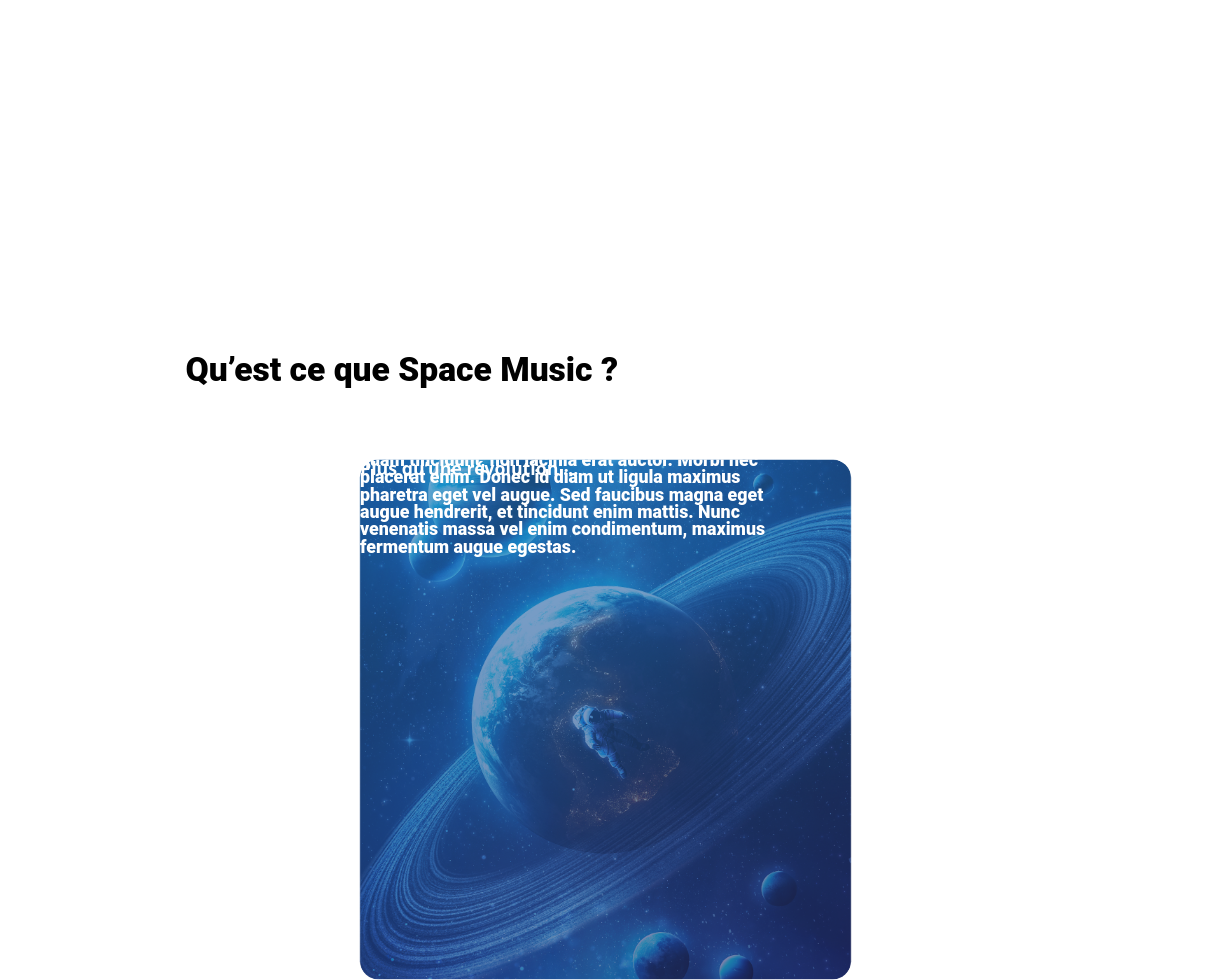
Repository: karalyh/landing-experts
Page: /
These files come from the project's save history. The page is drawn as it stood at one moment and after the next save; the edit follows.
The browser window is 1280 px wide. The page is 1729 px wide, so the pictures cover 1729 px, including what lies to the right of the window. The pictures show the part of the page from y = 1628 to 3028 px (the page is 3028 px tall), at 70% of full size.
The project was rebuilt for these pictures with package versions that can differ from the ones it lists, and the page was loaded fresh each time. The framework's server and built-in components were replaced by stand-ins that run in the browser. Also part of the build but not shown: next.config.js, public/css/circles-animations.css, public/css/devices-view.css.

Above is the page before, as saved 2022-09-23 11:07:48.

### pages/_app.tsx
import '../styles/globals.css'
import '../public/css/circles-animations.css'
import '../public/css/devices-view.css'
import  '@material-tailwind/react';
import type { AppProps } from 'next/app'
import LandingLayout from '../components/LandingLayout'

function MyApp({ Component, pageProps }: AppProps): JSX.Element {
  return (
    <LandingLayout>
      <Component {...pageProps} />
    </LandingLayout>
  )
}

export default MyApp

### pages/index.tsx
import type { NextPage } from 'next'

import NavBar from '../components/Navbar'
import Header from '../components/Header'
import Section1 from '../components/Section1'
import Section2 from '../components/Section2'
import Section3 from '../components/Section3'
import Section4 from '../components/Section4'
import Section5 from '../components/Section5'
import Section6 from '../components/Section6'


const Home: NextPage = () => {
  return (
    <div >
      {/* <NavBar />
      <Header />
      <Section1 /> */}
      <Section2 />
        {/* <Section3 />
        <Section4 />
        <Section5 />
        <Section6 /> */}




    </div>
  )
}

export default Home

### styles/globals.css
@tailwind base;
@tailwind components;
@tailwind utilities;


details ::marker {
    unicode-bidi: isolate;
    font-variant-numeric: tabular-nums;
    text-transform: none;

}


           p[open] span::after{
                content: "-";
            }

            p[open] span ~ * {
                animation: slideDown 0.3s ease-in-out;
            }

            p[open] span p {
                opacity: 0;
                animation-name: showContent;
                animation-duration: 0.6s;
                animation-delay: 0.2s;
                animation-fill-mode: forwards;
                margin: 0;
            }

            @keyframes showContent {
                from {
                opacity: 0;
                height: 0;
                }
                to {
                opacity: 1;

                }
            }
            @keyframes slideDown {
                from {
                opacity: 0;
                height: 0;
                padding: 0;
                }

                to {
                opacity: 1;

                }
            }


/*--Header SPM CSS--*/
:root{
  --spm-cl: #3c3c3c;
  --duration_anim: 10s;
}

@font-face{
  font-family:"Roboto Bk";
  font-weight:400;
  font-style:normal;
  font-display:swap;
  src:url(../public/fonts/Roboto-Black.ttf);
}

body{
  font-size: 16px;
}

.main{
  overflow: hidden;
  min-height: initial;
}

.content_head {
  width: 100%;
  max-width: 1200px;
  height: auto;
  margin: auto;
  display: flex;
  flex-direction: row;
  justify-content: space-between;
  align-items: center;
  padding: 0.5em;
  color: var(--spm-cl);
  font-family: "Roboto";
}

.content_head > .container_logos {
  display: grid;
  grid-template-columns: repeat(1, 1fr);
}

.content_head > .container_logos > .logo{
  width: 84px;
  height: 60px;
  animation-fill-mode: both !important;
  animation-duration: var(--duration_anim) !important;
  animation-iteration-count: infinite !important;
  animation-fill-mode: both !important;
  grid-column: 1;
  grid-row: 1;
}

.content_head > .container_logos > .logo:nth-child(1){
  animation: change_logo_color_1;
}

.content_head > .container_logos > .logo:nth-child(2){
  animation: change_logo_color_2;
}

.content_head > .container_logos > .logo:nth-child(3){
  animation: change_logo_color_3;
}

.content_head > .container_logos > .logo:nth-child(4){
  animation: change_logo_color_4;
}

.content_sign_lng{
  width: auto;
  display: flex;
  flex-direction: row;
  justify-content: center;
  align-items: center;
  grid-gap: 2em;
}

.contain_lng{
  width: auto;
}

.contain_sign{
  width: auto;
  display: flex;
  flex-direction: row;
  justify-content: center;
  align-items: center;
  grid-gap: 1em;
}

.contain_sign a, .contain_sign button {
  width: auto;
  color: var(--spm-cl);
}

.separate{
  width: 2px;
  height: 20px;
  background: var(--spm-cl);
}

.content_pattern_texts{
  max-width: 1500px;
  width: 90%;
  margin: auto;
  display: grid;
  grid-template-columns: repeat(12, 1fr);
  border: 5px solid #EEF3F5;
  border-radius: 15px;
  overflow: hidden;
  font-family: 'Roboto Bk';
}

.contain_pattern{
  grid-column: 1 / 13;
  grid-row: 1;
  width: 65%;
  position: relative;
  z-index: 1;
}

.contain_pattern > img{
  width: 100%;
}

.contain_texts{
  grid-column: 2 / 12;
  grid-row: 1;
  display: flex;
  flex-direction: column;
  justify-content: center;
  align-items: flex-end;
  position: relative;
  z-index: 2;
  width: 100%;
}

.slogans{
  display: grid;
  grid-template-columns: repeat(1, 1fr);
  justify-content: flex-end;
  align-items: center;
  margin-top: -10%;
}

.big_slogan{
  color: var(--spm-cl);
  font-size: 1150%;
  width: auto;
  grid-column: 1;
  grid-row: 1;
  text-align: right;
  animation-duration: var(--duration_anim) !important;
  animation-iteration-count: infinite !important;
  animation-timing-function: ease !important;
  animation-fill-mode: both !important;
}

.big_slogan:nth-child(1){
  animation: move_slogan_1;
}

.big_slogan:nth-child(2){
  animation: move_slogan_2;
}

.big_slogan:nth-child(3){
  animation: move_slogan_3;
}

.big_slogan:nth-child(4){
  animation: move_slogan_4;
}

.little_slogan{
  color: var(--spm-cl);
  font-size: 100%;
  width: auto;
  margin-top: 5px;
  grid-column: 1;
  grid-row: 2;
  text-align: right;
  font-weight: 900;
}

.btn_signup, .btn_btm_arrow{
  width: auto;
  cursor: pointer;
}

.btn_signup{
  padding: 0;
  border-radius: 7px;
  color: #fff;
  margin-top: 5%;
  display: grid;
  grid-template-columns: repeat(1, 1fr);
  overflow: hidden;
}

.btn_signup > em{
  padding: 0.7em 2em;
  width: 100%;
  height: 100%;
  grid-column: 1;
  grid-row: 1;
  position: relative;
  z-index: 2;
  font-style: normal;
  font-family: 'Roboto Bk';
}

.btn_signup > .bg{
  width: 100%;
  height: 100%;
  grid-column: 1;
  grid-row: 1;
  position: relative;
  z-index: 1;
  animation-duration: var(--duration_anim) !important;
  animation-iteration-count: infinite !important;
  animation-timing-function: ease !important;
  animation-fill-mode: both;
}

.btn_signup > .bg_1{
  animation: change_logo_color_1;
  background: linear-gradient(92.36deg, #7EC290 4.68%, #039EAA 100.05%);
}

.btn_signup > .bg_2{
  animation: change_logo_color_2;
  background: linear-gradient(92.2deg, #E3077E 4.89%, #A12281 98.84%);
}

.btn_signup > .bg_3{
  animation: change_logo_color_3;
  background: linear-gradient(92.66deg, #F48F1F 5.41%, #E52125 100.51%);
}

.btn_signup > .bg_4{
  animation: change_logo_color_4;
  background: linear-gradient(93.11deg, #5E77BA 0.06%, #2B2E70 98.3%);
}

.btn_btm_arrow {
  margin-top: 10em;
  margin-right: 3em;
  color: var(--spm-cl);
  margin-bottom: -15em;
}

@keyframes change_logo_color_1 {
  0%{
    opacity: 1;
  }
  25%{
    opacity: 0;
  }
  50%{
    opacity: 0;
  }
  75%{
    opacity: 0;
  }
  100%{
    opacity: 1;
  }
}

@keyframes change_logo_color_2 {
  0%{
    opacity: 0;
  }
  25%{
    opacity: 1;
  }
  50%{
    opacity: 0;
  }
  75%{
    opacity: 0;
  }
  100%{
    opacity: 0;
  }
}

@keyframes change_logo_color_3 {
  0%{
    opacity: 0;
  }
  25%{
    opacity: 0;
  }
  50%{
    opacity: 1;
  }
  75%{
    opacity: 0;
  }
  100%{
    opacity: 0;
  }
}

@keyframes change_logo_color_4 {
  0%{
    opacity: 0;
  }
  25%{
    opacity: 0;
  }
  50%{
    opacity: 0;
  }
  75%{
    opacity: 1;
  }
  100%{
    opacity: 0;
  }
}

@keyframes move_slogan_1 {
  0%{
    transform: translateX(0vw);
    opacity: 1;
  }
  22.5%{
    transform: translateX(0vw);
    opacity: 1;
  }
  27.45555555%{
    transform: translateX(-100vw);
    opacity: 1;
  }
  27.5%{
    transform: translateX(100vw);
    opacity: 0;
  }
  47.5%{
    transform: translateX(100vw);
    opacity: 0;
  }
  52.5%{
    transform: translateX(100vw);
    opacity: 0;
  }
  72.5%{
    transform: translateX(100vw);
    opacity: 0;
  }
  77.5%{
    transform: translateX(100vw);
    opacity: 0;
  }
  95%{
    transform: translateX(100vw);
    opacity: 1;
  }
  100%{
    transform: translateX(0vw);
    opacity: 1;
  }
}

@keyframes move_slogan_2 {
  0%{
    transform: translateX(100vw);
    opacity: 0;
  }
  22.5%{
    transform: translateX(100vw);
    opacity: 1;
  }
  27.5%{
    transform: translateX(0vw);
    opacity: 1;
  }
  47.5%{
    transform: translateX(0vw);
    opacity: 1;
  }
  52.45555555%{
    transform: translateX(-100vw);
    opacity: 1;
  }
  52.5%{
    transform: translateX(100vw);
    opacity: 0;
  }
  72.5%{
    transform: translateX(100vw);
    opacity: 0;
  }
  77.5%{
    transform: translateX(100vw);
    opacity: 0;
  }
  95%{
    transform: translateX(100vw);
    opacity: 0;
  }
  100%{
    transform: translateX(100vw);
    opacity: 0;
  }
}

@keyframes move_slogan_3 {
  0%{
    transform: translateX(100vw);
    opacity: 0;
  }
  22.5%{
    transform: translateX(100vw);
    opacity: 0;
  }
  27.5%{
    transform: translateX(100vw);
    opacity: 0;
  }
  47.5%{
    transform: translateX(100vw);
    opacity: 1;
  }
  52.5%{
    transform: translateX(0vw);
    opacity: 1;
  }
  72.5%{
    transform: translateX(0vw);
    opacity: 1;
  }
  77.45555555%{
    transform: translateX(-100vw);
    opacity: 1;
  }
  77.5%{
    transform: translateX(100vw);
    opacity: 0;
  }
  95%{
    transform: translateX(100vw);
    opacity: 0;
  }
  100%{
    transform: translateX(100vw);
    opacity: 0;
  }
}

@keyframes move_slogan_4 {
  0%{
    transform: translateX(100vw);
    opacity: 0;
  }
  22.5%{
    transform: translateX(100vw);
    opacity: 0;
  }
  27.5%{
    transform: translateX(100vw);
    opacity: 0;
  }
  47.5%{
    transform: translateX(100vw);
    opacity: 0;
  }
  52.5%{
    transform: translateX(100vw);
    opacity: 0;
  }
  72.5%{
    transform: translateX(100vw);
    opacity: 1;
  }
  77.5%{
    transform: translateX(0vw);
    opacity: 1;
  }
  95%{
    transform: translateX(0vw);
    opacity: 1;
  }
  99.8999999999%{
    transform: translateX(-100vw);
    opacity: 1;
  }
  100%{
    transform: translateX(100vw);
    opacity: 0;
  }
}

@media (max-width: 768px) {
  .content_head{}

  .container_logos{}

  .content_sign_lng {
    margin-right: 1em;
    padding: 0.5em;
  }

  .content_pattern_texts {
    min-height: 85vh;
  }

  .contain_texts{}

  .big_slogan{
    font-size: 600%;
  }

  .contain_pattern {
    width: 100%;
  }

  .contain_pattern > img {
    height: 100%;
    object-fit: cover;
  }

  .btn_signup {
    margin-top: 40%;
  }

  .btn_btm_arrow {
    margin-top: 3em;
    margin-bottom: -10em;
  }
}
/*--Fin Header SPM CSS--*/

### components/LandingLayout.tsx
import Footer from "./Footer";
import Header from "./Header";
import Navbar from "./Navbar";
import  '@material-tailwind/react';
export default function  LandingLayout ({ children }: any){
    return (
        <div>
        <div className="flex flex-col">
           <Navbar />
            <Header />
            { children }
            <Footer />
        </div>
        </div>
    )
}

### components/Section2.tsx
import Image from 'next/image';


export default function Section2() {

    return (
        <>
            <section className='static'>
                <div className='absolute left-[265px] top-[2129px]'>
                <h1 className='font-roboto text-5xl font-black leading-[56.25px]'>Qu’est ce que Space Music ?</h1>

                </div>
                <div
                    className='
                    flex flex-row justify-center items-center p-[0px 15px] gap-5 absolute
                    w-[1728px] h-[742.7px] top-[2285px] left-px overflow-x-scroll border-black'
                >
                    {/* block du milieu */}
                    <div className="absolute w-[701.5px] h-[742.7px] left-[513.25px] top-0 bg-[url('/images/Rectangle-2.png')] rounded-[26.1767px]">
                        {/** on met le texte dans un bloc */}
                        <div className="w-[614.9px] h-[306.42px] top-[386.6px] left-[545.3px] gap-[31.76px]">
                            <h1 className="w-[614.9px] h-[25px] font-serif-[roboto] font-black text-[25.4118px] leading-[98.69%] items-center flex text-white">Plus qu’une révolution ...</h1>
                        <p className="
                        w-[614.9px] h-[25px] font-[roboto] font-black text-[25.4118px]
                        leading-[98.69%] items-center flex text-white self-stretch grow-0 order-1 flex-none
                        ">Praesent finibus velit dui, ac aliquet arcu ultrices id. Vivamus ac varius risus. Nullam
                            vestibulum mauris a quam tincidunt, non lacinia erat auctor. Morbi nec placerat enim. Donec
                            id diam ut ligula maximus pharetra eget vel augue. Sed faucibus magna eget augue hendrerit,
                            et tincidunt enim mattis. Nunc venenatis massa vel enim condimentum, maximus fermentum augue
                            egestas.
                        </p></div>

                    </div>
                </div>
           </section>
        </>
           )
}

### components/Header.tsx
import Image from 'next/image';
import styles from '../styles/Header.module.css'



export default function Header() {

    return (
        <section className="content_pattern_texts">

        <div className="contain_texts">
          <div className="slogans">
            <h3 id="big_slogan" className='big_slogan'>Bigger.</h3>
            <h3 id="big_slogan" className='big_slogan'>Better.</h3>
            <h3 id="big_slogan" className='big_slogan'>Social.</h3>
            <h3 id="big_slogan" className='big_slogan'>Music.</h3>
            <h4 className='little_slogan'>L'app qui te redonne le pouvoir</h4>
          </div>

          <button className="btn_signup">
            <i className='bg bg_1'></i>
            <i className='bg bg_2'></i>
            <i className='bg bg_3'></i>
            <i className='bg bg_4'></i>
            <em>Créer mon compte</em>
          </button>

          <button className="btn_btm_arrow"><img src="imgs/arrow_1.png" /></button>
        </div>

        <div className="contain_pattern">
          <img src="imgs/pattern-rockets.png" alt="Pattern Rockets" />
        </div>

      </section>
           )
}

### components/Navbar.tsx
import Head from 'next/head'
import Image from 'next/image';

export default function NavBar() {

    return (
        <div className=''>
            <Head>
                <title>Space music</title>
                <meta name="description" content="Generated by create next app" />
                <link rel="icon" href="/favicon.ico" />
            </Head>



           <div className="content_head">
      <div className="container_logos">
        <img className="logo" src="imgs/spacemusic_logo-1.png" alt="Space Music Logo" />
        <img className="logo" src="imgs/spacemusic_logo-2.png" alt="Space Music Logo" />
        <img className="logo" src="imgs/spacemusic_logo-3.png" alt="Space Music Logo" />
        <img className="logo" src="imgs/spacemusic_logo-4.png" alt="Space Music Logo" />
      </div>

      <section className="content_sign_lng">
        <div className="contain_lng">
          <select className="select_lng" name="select_lng">
            <option value="Français">Français</option>
            <option value="Anglais">Anglais</option>
          </select>
        </div>
        <div className="contain_sign">
          <a href="#">Sign Up</a>
          <div className="separate"></div>
          <a href="#">Sign In</a>
        </div>
      </section>
    </div>
        </div>
    )
}

Loaded but not shown: tailwind.config.js (24 lines, source omitted); components/Footer.tsx (88 lines, source omitted)

After the next save:
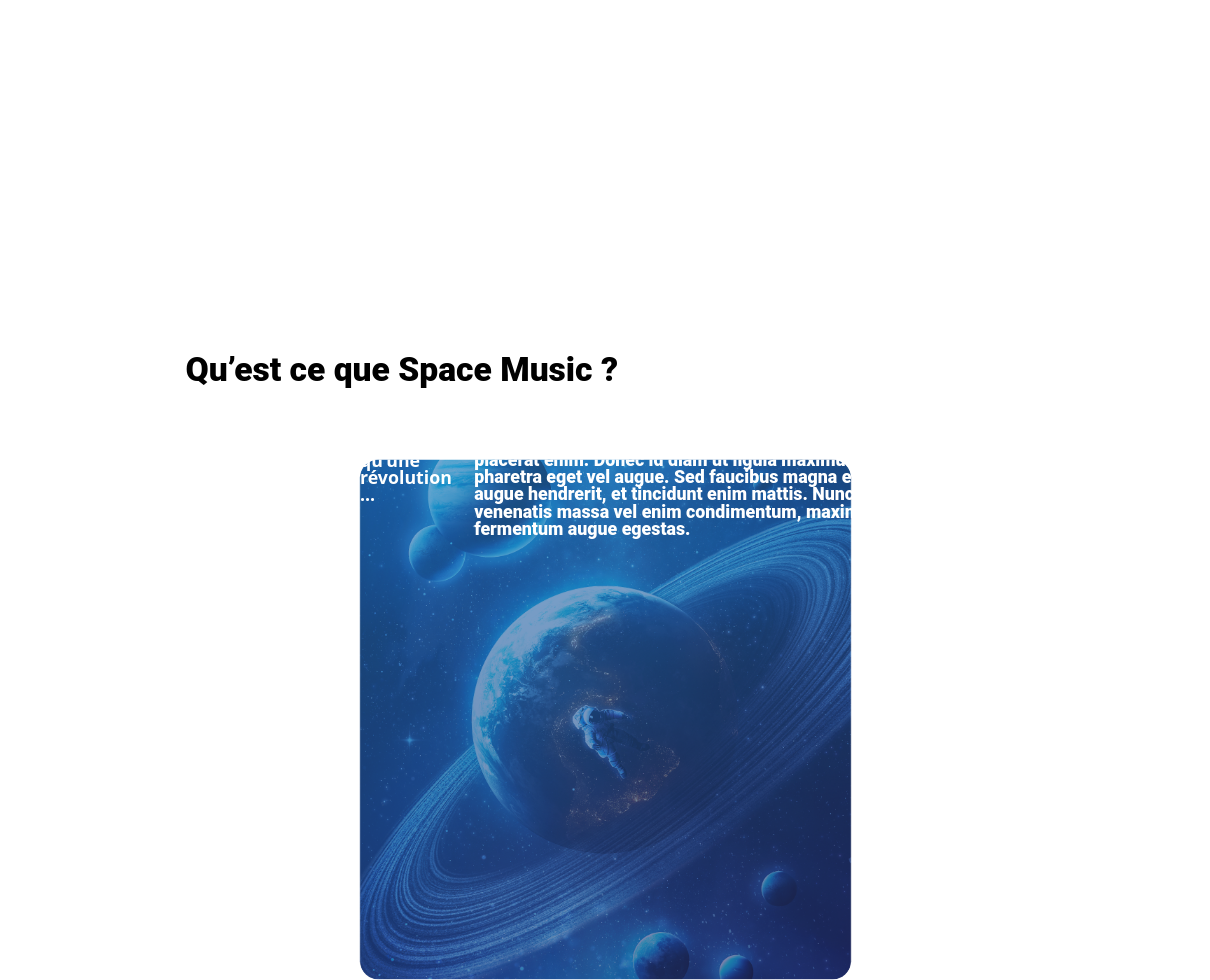
Saved 19 s later.
--- a/components/Section2.tsx
+++ b/components/Section2.tsx
@@ -18,7 +18,7 @@ export default function Section2() {
                     {/* block du milieu */}
                     <div className="absolute w-[701.5px] h-[742.7px] left-[513.25px] top-0 bg-[url('/images/Rectangle-2.png')] rounded-[26.1767px]">
                         {/** on met le texte dans un bloc */}
-                        <div className="w-[614.9px] h-[306.42px] top-[386.6px] left-[545.3px] gap-[31.76px]">
+                        <div className="w-[614.9px] h-[306.42px] top-[386.6px] left-[545.3px] gap-[31.76px] flex ">
                             <h1 className="w-[614.9px] h-[25px] font-serif-[roboto] font-black text-[25.4118px] leading-[98.69%] items-center flex text-white">Plus qu’une révolution ...</h1>
                         <p className="
                         w-[614.9px] h-[25px] font-[roboto] font-black text-[25.4118px]
